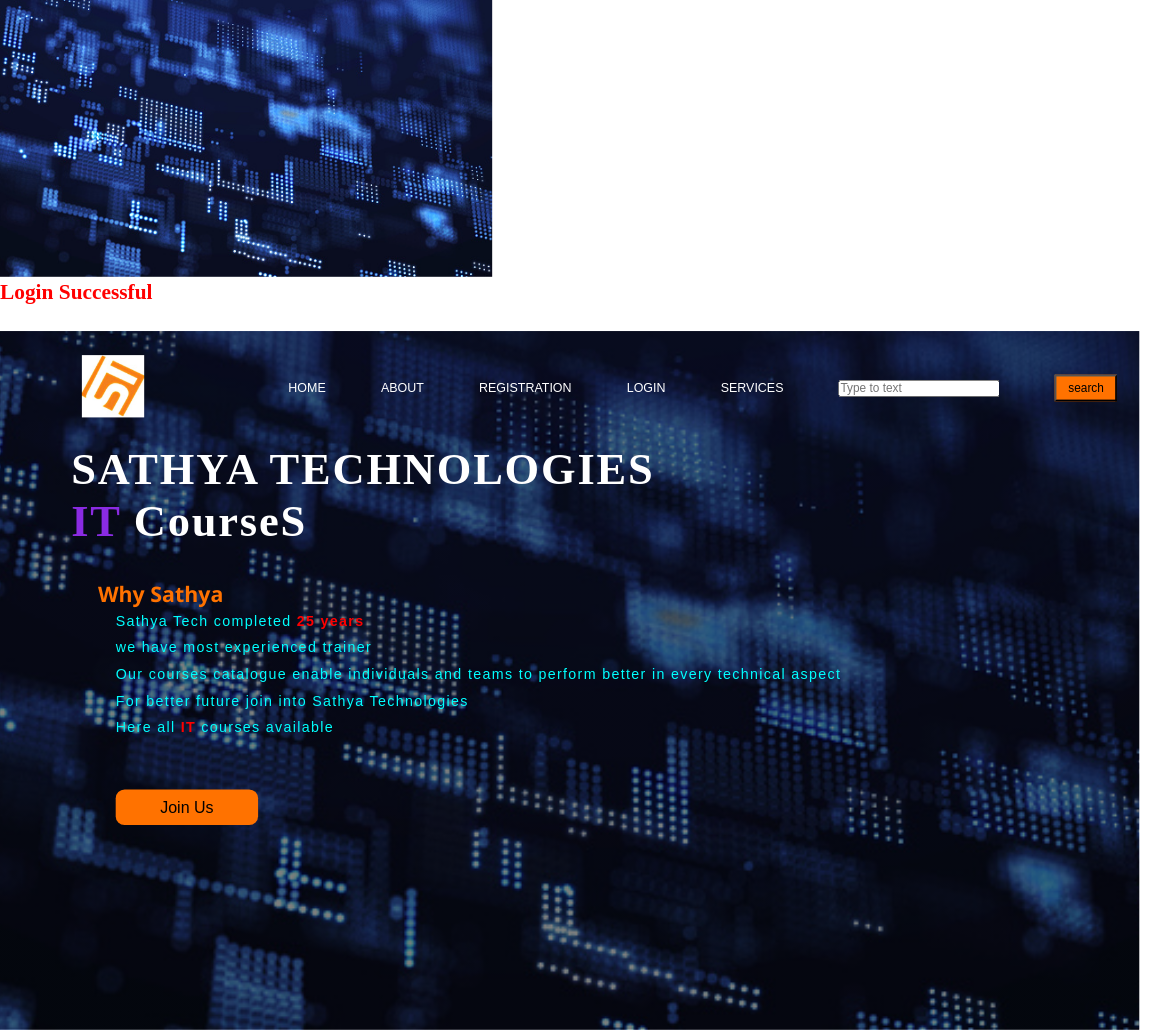
Repository: sainath0323/Website-design-using-J2EE
Page: http://localhost/AdvanceJavaApplication/loginsuccess.jsp
An editor plug-in stored every save of this project. The page is shown before and after the next save, followed by the edit.
The browser window is 1280 px wide. The page is 1317 px wide, so the pictures cover 1317 px, including what lies to the right of the window. The pictures show the whole page, at 89% of full size.
The page is served by Tomcat 9. Other server files are loaded and not shown.

Above is the page before, as saved 2023-04-26 06:52:03.

### AdvanceJavaApplication/src/main/webapp/loginsuccess.jsp
<%@ page language="java" contentType="text/html"%>
<!DOCTYPE html>
<html>
<head>
<meta charset="ISO-8859-1">
<title>Insert title here</title>
</head>
<body>
<img alt="no data" src="websiteimage.jpg">
<h2 style="color: red" >Login Successful</h2>
<jsp:include page="index.html"></jsp:include>

</body>
</html>

### AdvanceJavaApplication/src/main/webapp/index.html
<!DOCTYPE html>
<html lang="en">
<head>

<title>sathya technologies</title>
<link rel="stylesheet" href="index.css">
</head>
<body>
	<div class="main">
		<div class="navbar">

			<div class="menu">
				<ul>
					<li><img src="logo.jpeg" alt="sathya"></li>
					<li><a href="#">HOME</a></li>
					<li><a href="">ABOUT</a></li>
					<li><a href="registration.html">REGISTRATION</a></li>
					<li><a href="login.html">LOGIN</a></li>
					<li><a href="#">SERVICES</a></li>
					<li><input type="search" name="" placeholder="Type to text"></li>
					<li><a href="#"><button class="btn">search</button></a></li>
					<li></li>

				</ul>
			</div>
			<br>

			<div class="content">
				<h1>
					SATHYA TECHNOLOGIES<br> <span style="color: blueviolet;">IT</span>
					CourseS
				</h1>
				<br> <br>
				<h2>Why Sathya</h2>
				<p>
					Sathya Tech completed <b style="color: red;">25 years</b> <br>we
					have most experienced trainer <br> Our courses catalogue
					enable individuals and teams to perform better in every technical
					aspect <br>For better future join into Sathya Technologies <br>
					Here all <b style="color: red;">IT</b> courses available
				</p>
				<br> <br> <br>
				<a href="#"><button class="cn">Join Us</button></a>
			</div>

		</div>
	</div>
</body>
</html>

### AdvanceJavaApplication/src/main/webapp/index.css
*{
    margin: 0;
    padding: 0;
}

.main{
    width: 100%;
    background:linear-gradient(to top,rgba(0,0,0,0.5)50%,rgba(0,0,0,0.5)50%),url(websiteimage.jpg)50%;
    background-position: center;
    background-size: cover;
    height: 109vh;
}

.navbar{
    width: 1200px;
    height: 20px;
    margin: 30px;
}


.menu{
width: 400px;
float: left;
height: 70px;
}

ul{
    float: left;
    display: flex;
    justify-content: center;
    align-items: center;
}
ul li{
    list-style: none;
    margin-left: 62px;
    margin-top: 27px;
    font-size: 14px;

}
ul li img{
    height: 70px;
    margin-top: 0%;
    padding-right:100px;
    padding: left 5px;;
}
ul li a{
    text-decoration: none;
    color: #fff;
    font-family: Arial;
    transition: 0.4s ease-in-out;

}
ul li a .btn{
    background-color:#ff7200;
    height: 30px;
    width: 70px;
}

ul li a:hover{
    color: orange;
}
.content{
    width: 1200px;
    height: auto;
    margin: auto;
    color: #fff;
    position: relative;

}
.content p{
    color: aqua;
    padding-left:100px;
    font-family: Arial;
    letter-spacing: 1.5px;
    line-height: 30px;

}
.content h1{
    font-family: 'Times New Roman';
    font-size: 50px;
    padding-left: 50px;
    margin-top: 9%;
    letter-spacing: 2px;
}
.content h2{
    padding-left:  80px;
 color: #ff7200;
 font-family:'Segoe UI', Tahoma, Geneva, Verdana, sans-serif ;

}
.content .cn{
    width: 160px;
    height: 40px;
    background:#ff7200;
    border: none;
    margin-bottom: 10px;
    margin-left: 100px;
    font-size: 18px;
    border-radius: 10px;
    cursor: pointer;

}
.conntent.cn a{
    text-decoration: none;
    color: #000;
    transition: .3s ease;
}
.cn:hover{
    background-color: #fff;
}
.conntent span{
    color: #ff7200;
    font-size: 60px;

}
.main2{
    width: 100%;
    background:linear-gradient(to top,rgba(0,0,0,0.5)50%,rgba(0,0,0,0.5)50%),url(logo.jpeg)50%;
    background-position: center;
    background-size: cover;
    height: 109vh;
}
.navbar{
    width: 1200px;
    height: 20px;
    margin: 30px;
}

After the next save:
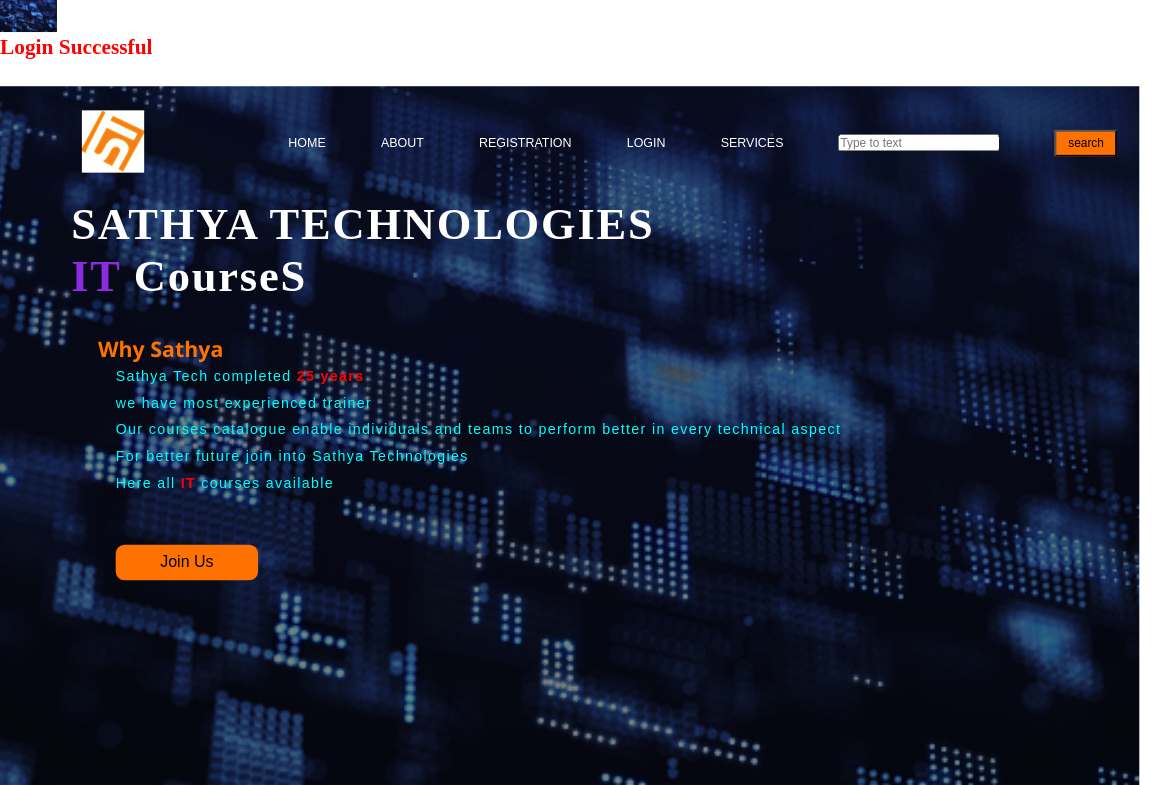
Saved 46 s later.
--- a/AdvanceJavaApplication/src/main/webapp/loginsuccess.jsp
+++ b/AdvanceJavaApplication/src/main/webapp/loginsuccess.jsp
@@ -6,7 +6,7 @@
 <title>Insert title here</title>
 </head>
 <body>
-<img alt="no data" src="websiteimage.jpg">
+<img alt="no data" src="websiteimage.jpg"  width="5%"  height="5%">
 <h2 style="color: red" >Login Successful</h2>
 <jsp:include page="index.html"></jsp:include>
 
